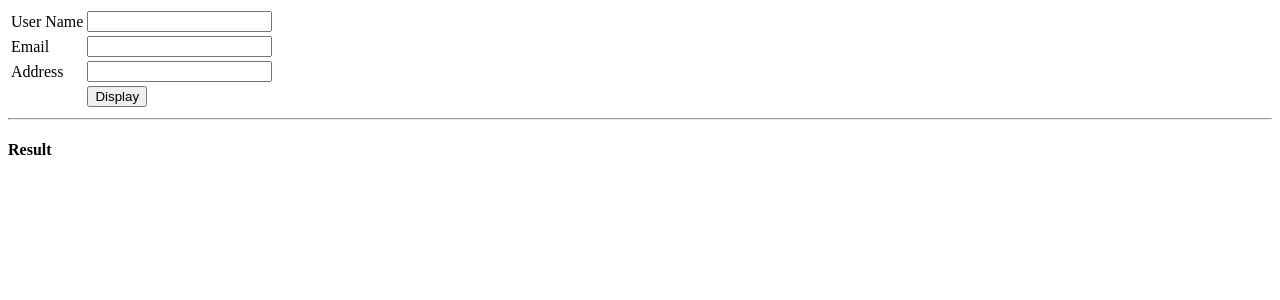
Repository: pyaephyotint22/Maven-Student-Course
Page: http://localhost/05-EL/
An editor plug-in stored every save of this project. The page is shown before and after the next save, followed by the edit.
The browser window is 1280 px wide. The pictures show the whole page.
The page is served by Tomcat 9.

Above is the page before, as saved 2020-12-19 14:00:02.

After the next save:
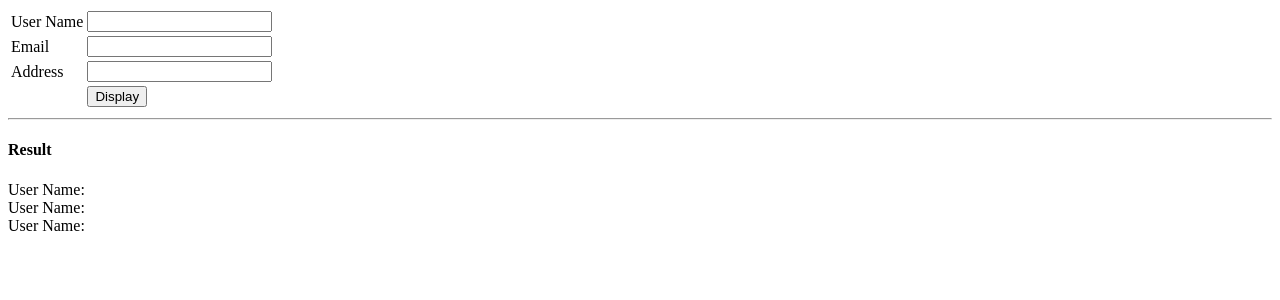
Saved 2 min 38 s later.
--- a/05-EL/src/main/webapp/index.jsp
+++ b/05-EL/src/main/webapp/index.jsp
@@ -38,8 +38,9 @@
 	</form>
 	<hr />
 	<h4>Result</h4>
-
-
+	User Name:${param.uname } <br />
+	User Name:${param.uname } <br />
+	User Name:${param.uname } <br />
 
 </body>
 </html>
